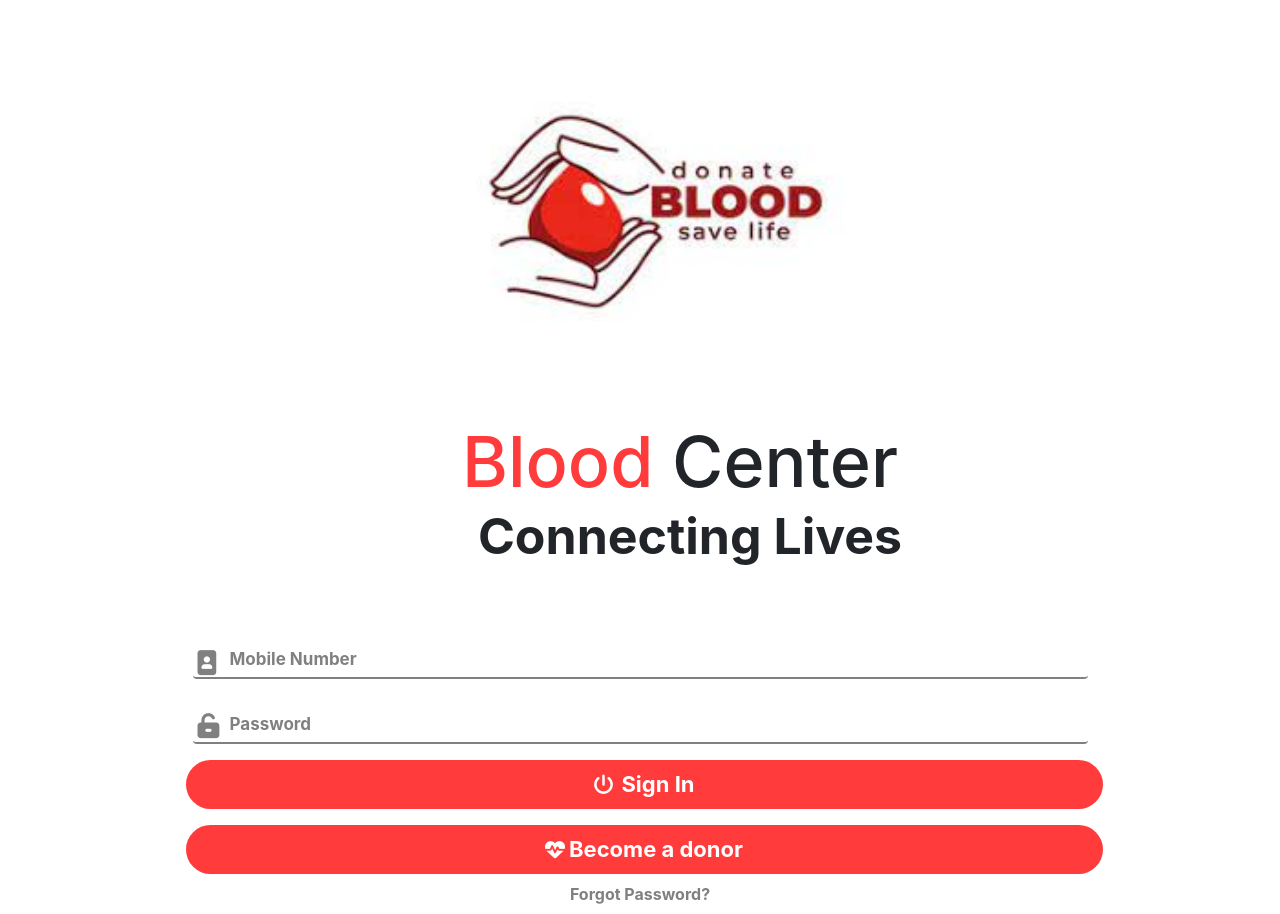
Repository: syedali042/jbds
Page: /
The author's editor kept a copy of each file at every save. The page is drawn from the files as they stood at one save, then again after a run of saves.
The browser window is 1280 px wide. The pictures show the whole page.
Some web libraries are served in a nearby version. The project was rebuilt for these pictures with package versions that can differ from the ones it lists, and the page was loaded fresh each time. Also part of the build but not shown: src/components/Header.js, src/components/About.js, src/components/Register.js, src/components/Header2.js, src/components/Home.js, src/components/Header4.js, src/components/Request.js, src/components/Header3.js and 1 more.

Above is the page before, as saved 2021-11-09 20:24:37.

### public/index.html
<!DOCTYPE html>
<html lang="en">
  <head>
    <meta charset="utf-8" />
    <link rel="icon" href="%PUBLIC_URL%/favicon.ico" />
    <meta name="viewport" content="width=device-width, initial-scale=1" />
    <meta name="theme-color" content="#000000" />
    <meta
      name="description"
      content="Web site created using create-react-app"
    />
    <!--FontAwesome-->
    <script src="https://kit.fontawesome.com/f4576591a8.js" crossorigin="anonymous"></script>
    <!--FontAwesome ends-->
    <!--bootstrap-->
    <link rel="stylesheet" href="https://maxcdn.bootstrapcdn.com/bootstrap/4.0.0/css/bootstrap.min.css"
      integrity="sha384-Gn5384xqQ1aoWXA+058RXPxPg6fy4IWvTNh0E263XmFcJlSAwiGgFAW/dAiS6JXm" crossorigin="anonymous">
    <!--bootstrap ends-->
    <link rel="apple-touch-icon" href="%PUBLIC_URL%/logo192.png" />
    <!--
      manifest.json provides metadata used when your web app is installed on a
      user's mobile device or desktop. See https://developers.google.com/web/fundamentals/web-app-manifest/
    -->
    <link rel="manifest" href="%PUBLIC_URL%/manifest.json" />
    <!--
      Notice the use of %PUBLIC_URL% in the tags above.
      It will be replaced with the URL of the `public` folder during the build.
      Only files inside the `public` folder can be referenced from the HTML.

      Unlike "/favicon.ico" or "favicon.ico", "%PUBLIC_URL%/favicon.ico" will
      work correctly both with client-side routing and a non-root public URL.
      Learn how to configure a non-root public URL by running `npm run build`.
    -->
    <title>React App</title>
  </head>
  <body>
    <noscript>You need to enable JavaScript to run this app.</noscript>
    <div id="root"></div>
    <!--Jquery-->
    <script src="https://code.jquery.com/jquery-3.2.1.slim.min.js"
      integrity="sha384-KJ3o2DKtIkvYIK3UENzmM7KCkRr/rE9/Qpg6aAZGJwFDMVNA/GpGFF93hXpG5KkN" crossorigin="anonymous"></script>
    <script src="https://cdnjs.cloudflare.com/ajax/libs/popper.js/1.12.9/umd/popper.min.js"
      integrity="sha384-ApNbgh9B+Y1QKtv3Rn7W3mgPxhU9K/ScQsAP7hUibX39j7fakFPskvXusvfa0b4Q" crossorigin="anonymous"></script>
    <script src="https://maxcdn.bootstrapcdn.com/bootstrap/4.0.0/js/bootstrap.min.js"
      integrity="sha384-JZR6Spejh4U02d8jOt6vLEHfe/JQGiRRSQQxSfFWpi1MquVdAyjUar5+76PVCmYl" crossorigin="anonymous"></script>
    <!--Jquery ends-->
  </body>
</html>

### src/App.js
import './App.css';
import Login from './components/Login';
import About from './components/About';
import Register from './components/Register';
import Home from './components/Home';
import Request from './components/Request';
import Create from './components/Create';
import {
  BrowserRouter as Router,
  Switch,
  Route,
  Link
} from "react-router-dom";


function App() {
  return (
    <Router>
      <Switch>
        <Route path="/About">
          <About/>
        </Route>
        <Route path="/Login">
          <Login />
        </Route>
        <Route path="/Register">
          <Register />
        </Route>
        <Route path="/Create">
          <Create />
        </Route>
        <Route path="/Request">
          <Request />
        </Route>
        <Route path="/Home">
          <Home />
        </Route>
        <Route path="/">
          <Login />
        </Route>
      </Switch>
    </Router>
  );
}

export default App;

### src/App.css
*{
  margin: 0;
  padding: 0;
}
.con{
  font-size: 25px;
  font-weight: bold;
  position: relative;
  bottom: 35px;
  padding: 5px;
}
.em{
  border: none;
  border-bottom: 2px solid gray;
}
.pass{
  border: none;
  border-bottom: 2px solid gray;
}
.placehorder::placeholder {
  font-weight: bolder;
  color: gray;
  position: relative;
  left: 25px;
  font-size: 17px;
}
.forgot{
  color: gray;
  font-weight: bolder;
}
.login{
  color: gray;
  font-weight: bolder;
}
.fa-portrait{
  font-size: 20px;
  position: relative;
  top: 30px;
  left: 5px;
  color: gray;
}
.fa-unlock-alt{
   font-size: 20px;
  position: relative;
  top: 30px;
  left: 5px;
  color: gray;
}
.sign{
  width: 230px;
  position: relative;
  font-size: 22px;
  border-radius: 30px;
  background-color: #FF3B3B;
  color: white;
  font-weight: bolder;
  border: none;
}
.fa-power-off{
  font-size: 20px;
  position: relative;

  color: white ;
}
.donor{
  width: 230px;
  position: relative;
  font-size: 22px;
  border-radius: 30px;
  background-color: #FF3B3B;
  color: white;
  font-weight: bolder;
  border: none;
  letter-spacing: o.1;
}
.fa-heartbeat{
   font-size: 20px;
  position: relative;

  color: white ;
}
@media screen and (max-width: 440px){

  .con{
  font-size: 20px;
  font-weight: bold;
  position: relative;
  bottom: 35px;
  padding: 5px;
}
.blood{
  font-size: 27px;
}
.formik{
  position: relative;
  bottom: 50px;
}
.pass{
  border: none;
  border-bottom: 2px solid gray;

}

.donor{
  width: 210px;
  position: relative;
  font-size: 22px;
  border-radius: 30px;
  background-color: #FF3B3B;
  color: white;
  font-weight: bolder;
  border: none;
  letter-spacing: o.1;
}
.sign{
  width: 210px;
  position: relative;
  font-size: 22px;
  border-radius: 30px;
  background-color: #FF3B3B;
  color: white;
  font-weight: bolder;
  border: none;
}

}
@media screen and (min-width: 768px){


  .img{
  position: relative;
  width: 400px;
  left: 40px;
}
  .con{
  font-size: 50px;
  font-weight: bold;
  position: relative;
  bottom: 35px;
  padding: 5px;
  left: 50px;
}
.blood{
  font-size: 70px;
  position: relative;
  left: 40px;
}

.name{
  border: none;
  border-bottom: 2px solid gray;
   margin-top: 10px;
  height: 70px;
}


.adress{
    border: none;
  border-bottom: 2px solid gray;
   margin-top: 10px;
  height: 70px;
}
input::placeholder {
  font-weight: bolder;
  color: gray;
  position: relative;
  left: 45px;
  font-size: 30px;
}
.fa-portrait{
  font-size: 25px;
  position: relative;
  top: 37px;
  left: 5px;
  color: gray;
}
.fa-unlock-alt{
   font-size: 25px;
  position: relative;
  top: 35px;
  left: 5px;
  color: gray;
}
.fa-mobile-alt{
    font-size: 30px;
  position: relative;
  top: 55px;
  left: 5px;
  color: gray;
}
.fa-map-marker-alt{
   font-size: 30px;
  position: relative;
  top: 55px;
  left: 5px;
  color: gray;
}
.fa-disease{
 font-size: 30px;
  position: relative;
  top: 55px;
  left: 5px;
  color: gray;
}

.sign{
  width: 300px;
  position: relative;
  font-size: 22px;
  border-radius: 30px;
  background-color: #FF3B3B;
  color: white;
  font-weight: bolder;
  border: none;
}

.donor{
  width: 300px;
  position: relative;

  font-size: 22px;
  border-radius: 30px;
  background-color: #FF3B3B;
  color: white;
  font-weight: bolder;
  border: none;
  letter-spacing: o.1;
}

}
.header{
  background-color: #FF3B3B;
  padding: 3px;
}
.fa-chevron-left{
  color: white;
}
.profile{
  color: white;

}
.kelly{
  font-size: 23px;
  font-weight: bolder;
}
.girl{
  width: 70px;
  border-radius: 50px;
  margin-left: 50px;
  position: relative;
  bottom: 10px;
}
.r1{
  margin-top: 40px;
}

.name{
  border: none;
  border-bottom: 2px solid gray;
}
.num{
   border: none;
  border-bottom: 2px solid gray;
}
.adress{
    border: none;
  border-bottom: 2px solid gray;
}
.r2{
  background-color: rgb(247, 238, 238);
  border-radius: 15px;
  border: 1px solid transparent;
}
.update{

  position: relative;
  font-size: 22px;
  border-radius: 30px;
  background-color: #FF3B3B;
  color: white;
  font-weight: bolder;
  border: none;
}
.fa-mobile-alt{
   font-size: 20px;
  position: relative;
  top: 30px;
  left: 5px;
  color: gray;
}
.bloodGroup{
   border: none;
  border-bottom: 2px solid gray;
}
.fa-disease{
  font-size: 20px;
  position: relative;
  top: 30px;
  left: 5px;
  color: gray;
}
.city{
  border: none;
  border-bottom: 2px solid gray;
}
.fa-map-marker-alt{
  font-size: 20px;
  position: relative;
  top: 30px;
  left: 5px;
  color: gray;
}
.fa-arrow-right{
   font-size: 30px;
  position: relative;
 top: 5px;
  color:white;
}
.bodyOfHeader2{
   background-color: #FF3B3B;
   color: white;
}
.fa-search{
  position: relative;
  left: 90%;
  bottom: 30px;
  color: gray;
  font-size: 25px;
}
.groups{
 display: flex;
 margin-left: 5px;
}
.groups >div {
  background-color: #FF3B3B;
  width: 30px;
  margin: 7px;
  text-align: center;
  font-size: 20px;
  color: white;
  border-radius: 5px;
}
.HomeRow{
  border-bottom: 1px solid gray;
}
.sidebar{
  width: 60%;
  height: 100vh;
  position: absolute;
  background-color: #FF3B3B ;
  z-index: 1;
}
.create{
  color: white;
  margin-right: 30px;
}
.conReq{
  margin-top: 20px;
  background-color: rgb(216, 220, 230);
  border-radius: 5px;
}

### src/components/Login.js
import React from 'react';
import {Formik} from 'formik';


function Login() {
    return (

            <div className="container">
                <div className="d-flex align-items-center justify-content-center">
                    <div>
                        <img src="./images/download.jfif" alt="there is no image" className="img"/>
                        <h2 className="blood text-center"><span style={{color:'#FF3B3B'}}>Blood</span> Center</h2><br>
                        </br>
                        <h5 className="con text-center">Connecting Lives</h5>
                    </div>
                </div>
                <div className="container">
                    <div className="row">
                        <div className="col-1"></div>
                        <div className="col-10">

                            <div>

                                <Formik
                                    initialValues={{ email: '', password: '' }}
                                    validate={values => {
                                        const errors = {};
                                        if (!values.email) {
                                            errors.email = 'Required';
                                        } else if (
                                            !/^[A-Z0-9._%+-]+@[A-Z0-9.-]+\.[A-Z]{2,}$/i.test(values.email)
                                        ) {
                                            errors.email = 'Invalid email address';
                                        }
                                        return errors;
                                    }}
                                    onSubmit={(values, { setSubmitting }) => {
                                        setTimeout(() => {
                                            alert(JSON.stringify(values, null, 2));
                                            setSubmitting(false);
                                        }, 400);
                                    }}
                                >
                                    {({
                                        values,
                                        errors,
                                        touched,
                                        handleChange,
                                        handleBlur,
                                        handleSubmit,
                                        isSubmitting,
                                        /* and other goodies */
                                    }) => (
                                    <form onSubmit={handleSubmit} className="formik">
                                        <i className="fas fa-portrait"></i>
                                            <input
                                            type="email" className="placehorder form-control em"
                                                name="email"
                                                onChange={handleChange}
                                                onBlur={handleBlur}
                                                value={values.email}
                                                placeholder="Mobile Number"

                                            />

                                            {errors.email && touched.email && errors.email}
                                        <i className="fas fa-unlock-alt"></i>
                                            <input
                                            type="password" className="placehorder form-control pass"
                                                name="password"
                                                onChange={handleChange}
                                                onBlur={handleBlur}
                                                value={values.password}
                                                placeholder="Password"
                                            />

                                            {errors.password && touched.password && errors.password}
                                        <div className="row d-flex align-items-center justify-content-center">
                                            <button type="submit" disabled={isSubmitting} className="sign p-2 mt-3 ml-2 w-100">
                                                <i className="fas fa-power-off mr-2 "></i>Sign In
                                            </button>
                                            <button className="donor p-2 mt-3 ml-2 w-100">
                                                <i className="fas fa-heartbeat mr-1 "></i>Become a donor
                                            </button>
                                            <a href="#" className="forgot p-2">Forgot Password?</a>
                                        </div>

                                        </form>
                                    )}
                                </Formik>
                        </div>
                    </div>
                    <div className="col-1"></div>
                    </div>
                </div>
        </div>
    )
}

export default Login

Loaded but not shown: src/index.js (common file); src/index.css (common file); src/reportWebVitals.js (common file)

After the next 2 saves:
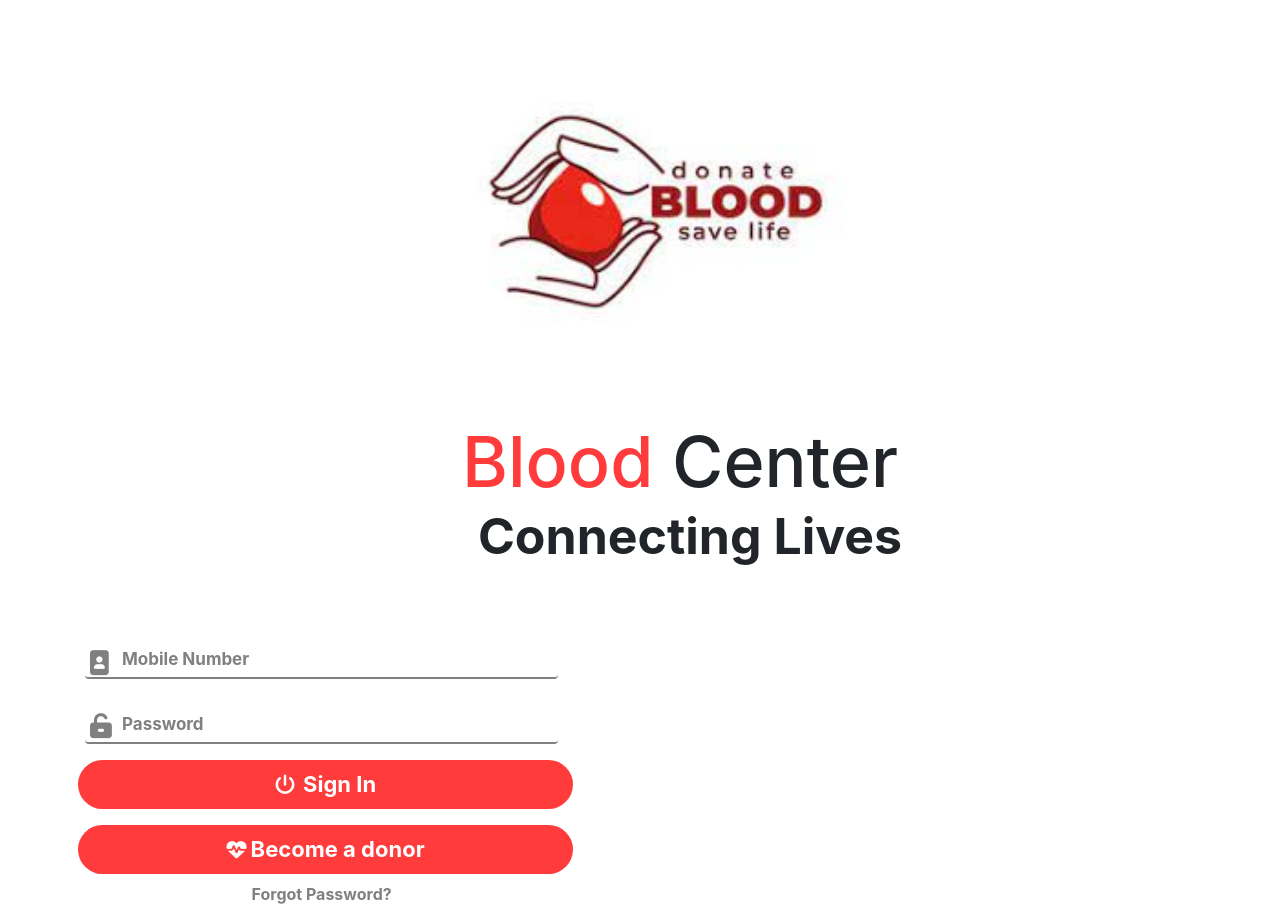
The 2 saves are shown as one change because they came seconds apart.
The last was saved 66 s later.
--- a/src/components/Login.js
+++ b/src/components/Login.js
@@ -16,10 +16,7 @@ function Login() {
                 </div>
                 <div className="container">
                     <div className="row">
-                        <div className="col-1"></div>
-                        <div className="col-10">
-
-                            <div>
+                    <div>
 
                                 <Formik
                                     initialValues={{ email: '', password: '' }}
@@ -90,8 +87,6 @@ function Login() {
                                 </Formik>
                         </div>
                     </div>
-                    <div className="col-1"></div>
-                    </div>
                 </div>
         </div>
     )
